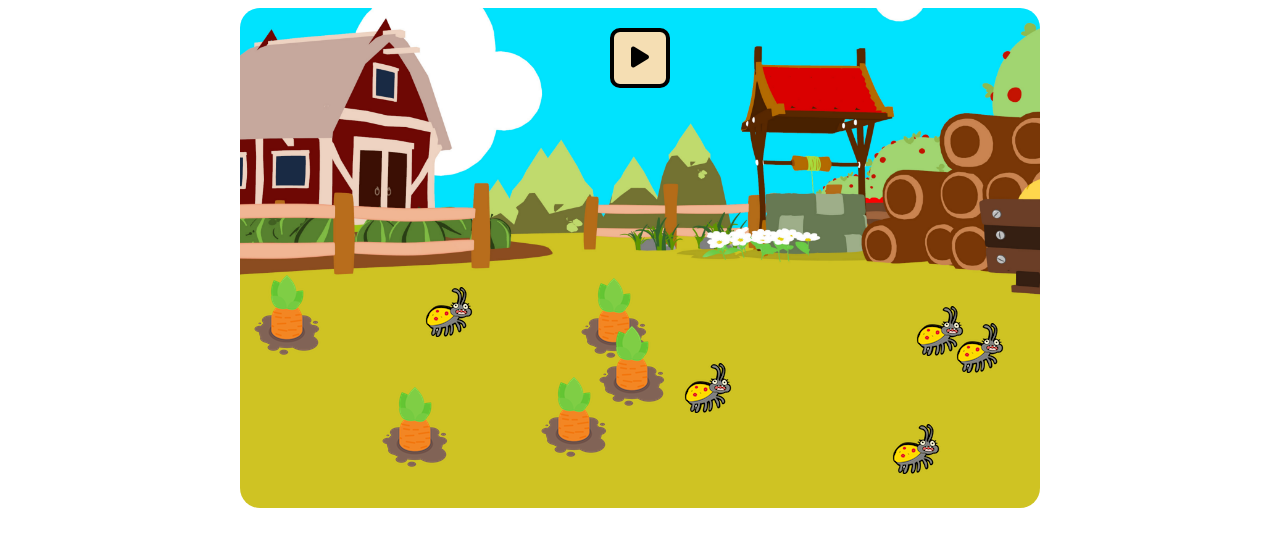
Repository: rladpwl0512/dreamcoding_browser101
Page: (7) catch-carrot-game/catch carrot_refactoring/index.html
These files come from the project's save history. The page is drawn as it stood at one moment and after the next save; the edit follows.
The browser window is 1280 px wide. The pictures show the whole page.
Some web libraries are served in a nearby version.

Above is the page before, as saved 2021-10-08 01:21:04.

### (7) catch-carrot-game/catch carrot_refactoring/index.html
<!DOCTYPE html>
<html lang="en">
<head>
  <meta charset="UTF-8">
  <meta name="viewport" content="width=device-width, initial-scale=1.0">
  <title>fun game</title>
  <link rel="stylesheet" href="style.css">
  <script src="main.js" defer></script> <!--html 준비 후에 js 가져옴-->
  <script src="https://kit.fontawesome.com/d1f0f5669b.js" crossorigin="anonymous"></script>
</head>
<body>
  <section class="game">
    <header class="game_header">
      <button class="game_button">
        <i class="fas fa-play"></i>
      </button>
      <span class="game_timer">0:0</span>
      <span class="game_score">9</span>
    </header>
    <section class="game_field"></section>
  </section>
  <section class="pop-up pop-up-hide">
    <button class="pop-up_refresh">
      <i class="fas fa-redo-alt"></i>
    </button>
    <span class="pop-up_message">Hello</span>
  </section>
</body>
</html>

### (7) catch-carrot-game/catch carrot_refactoring/style.css
button {
  border: none;
  outline: none;
  cursor: pointer;
}

body {
  text-align: center; /*이걸 굳이 왜...? .game, .pop-up이 margin:auto면 되는데?*/
}

.game {
  display: flex;
  flex-direction: column; /*넘어가지 않도록*/
  width: 800px;
  height: 500px;
  margin: auto;
  background: url(img/background.png) center/cover; /*원본 사이즈가 너무 커서 삐져나갈 때, center/cover 사용하면 꽉 참(난 포토샵으로 조정함ㅎㅎ...)*/
  border-radius: 20px;
}
.game_button {
  width: 60px;
  height: 60px;
  background-color: wheat;
  border: 4px solid black;
  font-size: 24px;
  transition: transform 300ms ease-in; /*transfrom 부드럽게 애니메이션 효과*/
  border-radius: 10px;
}
.game_button:hover {
  transform: scale(1.1); /*1.1배 늘림*/
}
.game_timer {
  visibility: hidden; /*자리에 있으면서 보이지 않도록*/
  width: 100px;
  background-color: white;
  text-align: center;
  border: 5px solid black;
  font-size: 32px;
  margin-top: 8px;
  border-radius: 20px;
}
.game_score {
  visibility: hidden;
  text-align: center;
  color: white;
  width: 50px;
  height: 50px;
  font-size: 46px;
  background-color: darksalmon;
  border-radius: 50%; /*원*/
  border: 3px solid black;
  margin-top: 8px;
}
.game_header {
  display: flex; /* display: block으로 해서 한줄씩 나오게 할수 있지만, 이런방법도 있다*/
  flex-direction: column;
  align-items: center;
  padding: 20px;
}

/*game filed의 범위 지정*/
.game_field {
  position: relative;
  width: 100%;
  height: 100%;
  margin-top: 40px;
  /* background-color: blue; */
}

.pop-up {
  display: block;
  width: 400px;
  height: 140px;
  padding: 20px;
  background-color: black;
  opacity: 0.7;
  color: white;
  text-align: center; /*안에 오는 요소들 center로*/
  margin: auto;
  transform: translateY(-150%); /*pop-up만큼 + pop-up의 반만큼 위로 이동*/
  border-radius: 20px;
}

.pop-up_refresh {
  width: 60px;
  height: 60px;
  font-size: 24px;
  background-color: wheat;
  border: 2px solid black;
  border-radius: 50%;
}

.pop-up_message {
  display: block;
  font-size: 38px;
  text-align: center;
}

/* popup창 숨김 */
.pop-up-hide {
  display: none;
}

### (7) catch-carrot-game/catch carrot_refactoring/main.js
'use strict'; //엄격하게 코딩하기

const CARROT_COUNT = 5;
const BUG_COUNT = 5;
const GAME_DURATION_SEC = 5;

const field = document.querySelector('.game_field');
const fieldRect = field.getBoundingClientRect(); //필드의 전체적 사이즈, 포지션 알 수 있다(필드 범위 내에서 벌레, 당근 위치해야하기 때문에 필요함)
const gameBtn = document.querySelector('.game_button');
const gameTimer = document.querySelector('.game_timer');
const gameScore = document.querySelector('.game_score');

let started = false; //게임의 상태(게임 시작됐는지 안됐는지)
let score = 0; //점수
let timer = undefined; //시간 얼마나 남았는지 (게임 시작하지 않았으면 undefined)

gameBtn.addEventListener('click', () => {
  if(started) {
    stopGame();
  } else {
    startGame();
  }
  started = !started; //반대로 할당
});

function startGame() {
  initGame();
  showStopButton(); //stop button 보여짐
  showTimerAndScore();
  startGameTimer();
}
function stopGame() {

}
function showStopButton() {
  const icon = gameBtn.querySelector('.fa-play');
  icon.classList.add('fa-stop');
  icon.classList.remove('fa-play');
}

function showTimerAndScore() {
  gameTimer.style.visibility = 'visible';
  gameScore.style.visibility = 'visible';
}

function startGameTimer() {

}

function initGame() {
  field.innerHTML = ''; //새롭게 리셋되면서 추가
  gameScore.innerText = CARROT_COUNT;
  //벌레와 당근을 생성한 뒤 field에 추가
  addItem('carrot', CARROT_COUNT, 'img/carrot.png', 80); //carrot.png을 5개
  addItem('bug', BUG_COUNT, 'img/bug.png', 50);
}
function addItem(className, count, imgPath, imgSize) {
  const x1 = 0;
  const y1 = 0;
  const x2 = fieldRect.width - imgSize; //반드시 carrot_size 빼줘야함(노트 참고),
  const y2 = fieldRect.height - imgSize;

  for(let i=0; i<count; i++) {
    const item = document.createElement('img');
    item.setAttribute('class', className);
    item.setAttribute('src', imgPath);
    item.style.position = 'absolute'; //game_field기준
    const x = randomNumber(x1, x2); //x1~x2까지 아무숫자 받아옴
    const y = randomNumber(y1, y2);
    item.style.left = `${x}px`;
    item.style.top = `${y}px`;
    field.appendChild(item);
  }
}

function randomNumber(min, max) {
  return Math.random() * (max - min) + min; //min~max인데 max포함하지 않은 숫자
}

initGame();

After the next save:
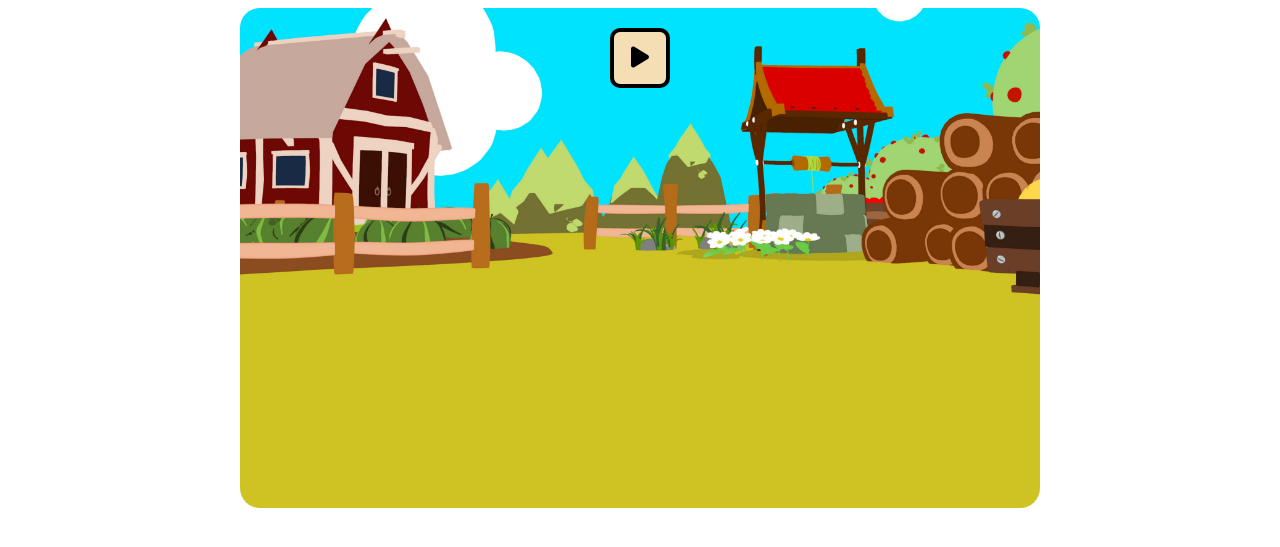
Console error: SyntaxError: Unexpected token '}'
Saved 113 s later.
--- a/(7) catch-carrot-game/catch carrot_refactoring/main.js
+++ b/(7) catch-carrot-game/catch carrot_refactoring/main.js
@@ -12,7 +12,7 @@
 
 let started = false; //게임의 상태(게임 시작됐는지 안됐는지)
 let score = 0; //점수
-let timer = undefined; //시간 얼마나 남았는지 (게임 시작하지 않았으면 undefined)
+let timer = undefined; //시간 얼마나 남았는지 (게임 시작하지 않았으면 undefined), global으로 만들어줘야함
 
 gameBtn.addEventListener('click', () => {
   if(started) {
@@ -44,7 +44,7 @@
 }
 
 function startGameTimer() {
-
+  timer =
 }
 
 function initGame() {

After the save that followed:
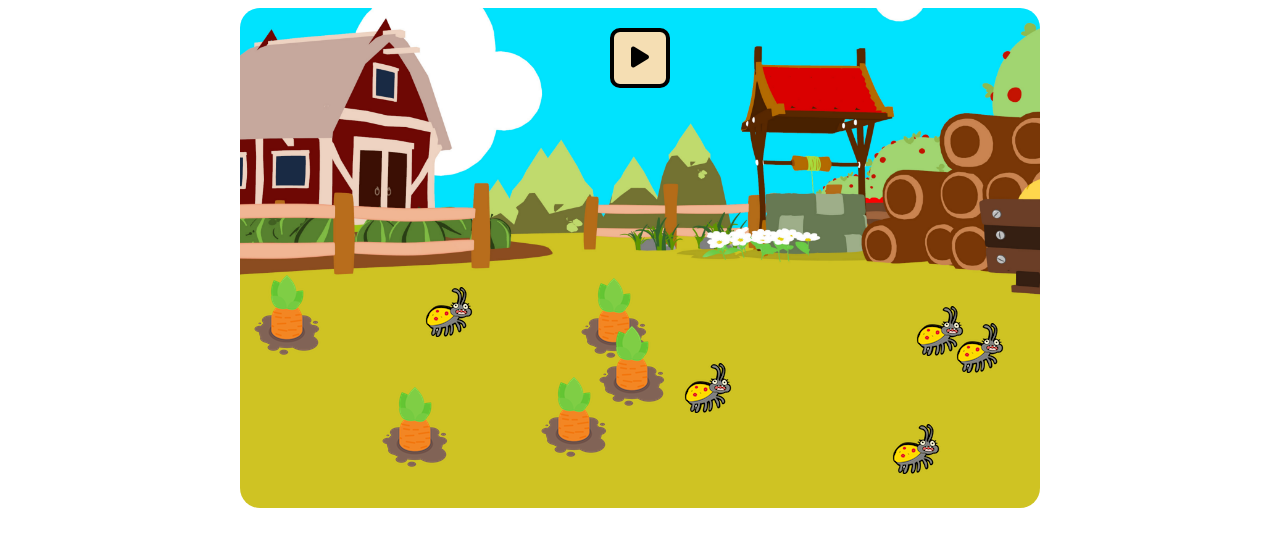
The error is gone.
Saved 85 s later.
--- a/(7) catch-carrot-game/catch carrot_refactoring/main.js
+++ b/(7) catch-carrot-game/catch carrot_refactoring/main.js
@@ -44,7 +44,13 @@
 }
 
 function startGameTimer() {
-  timer =
+  let remainingTimeSec = GAME_DURATION_SEC; //지정한 초수만큼만 유지
+  updateTimerText(remainingTimeSec);
+  timer = setInterval(() => {
+    if(remainingTimeSec <= 0) {
+      clearInterval(timer);
+    }
+  }, 1000);
 }
 
 function initGame() {
